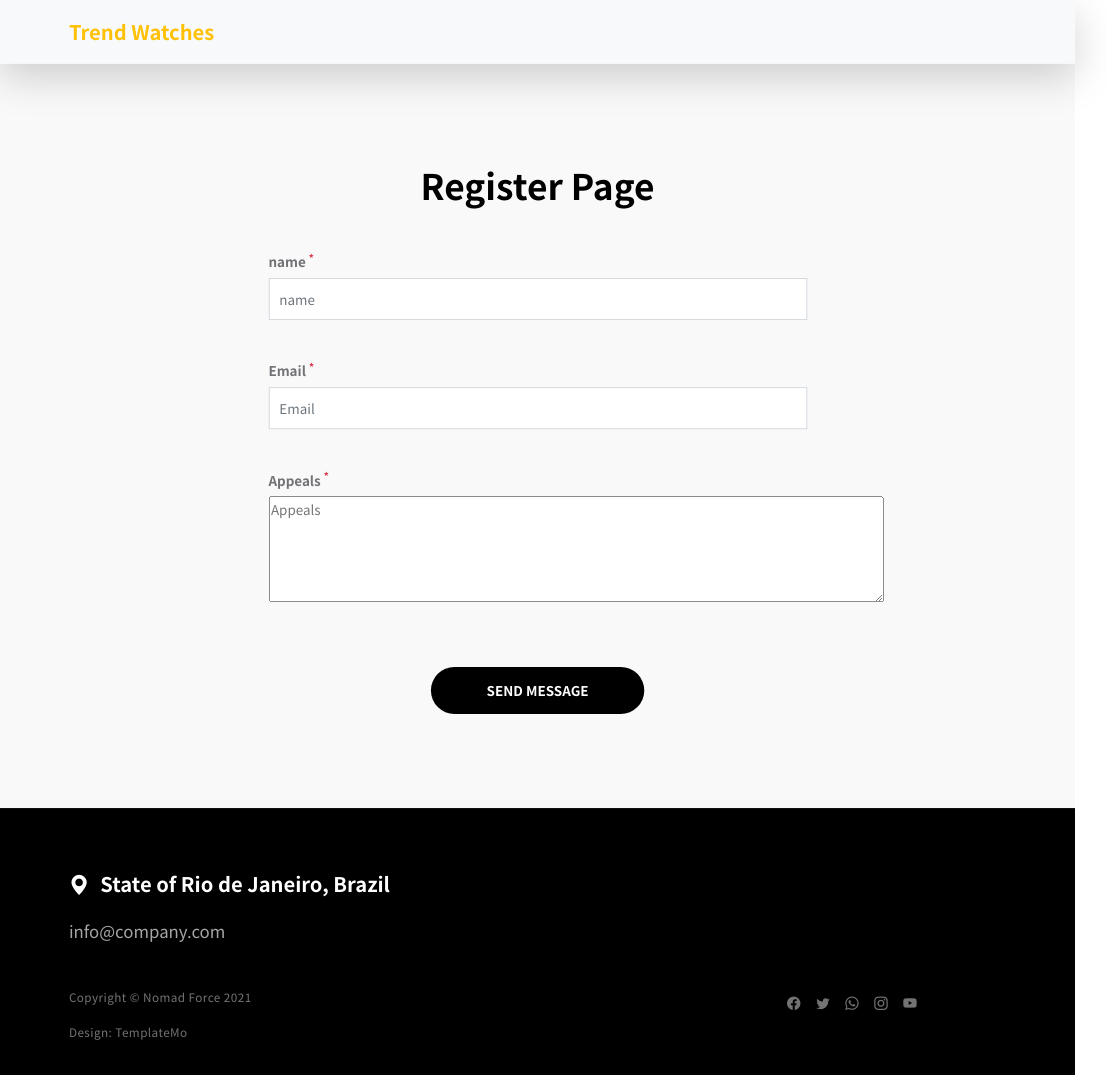
Repository: maqsudov0371/homework
Page: http://localhost/appeals
An editor plug-in stored every save of this project. The page is shown before and after a run of saves, followed by the edit.
The browser window is 1280 px wide. The page is 1280 px wide, then 1318 px, so the pictures cover 1318 px, including what lies to the right of the window. The pictures show the whole page, at 84% of full size.
The page is served by the project's application, run on Django 5.2 (manage.py).

Above is the page before, as saved 2024-07-13 15:56:05.

After the next 2 saves:
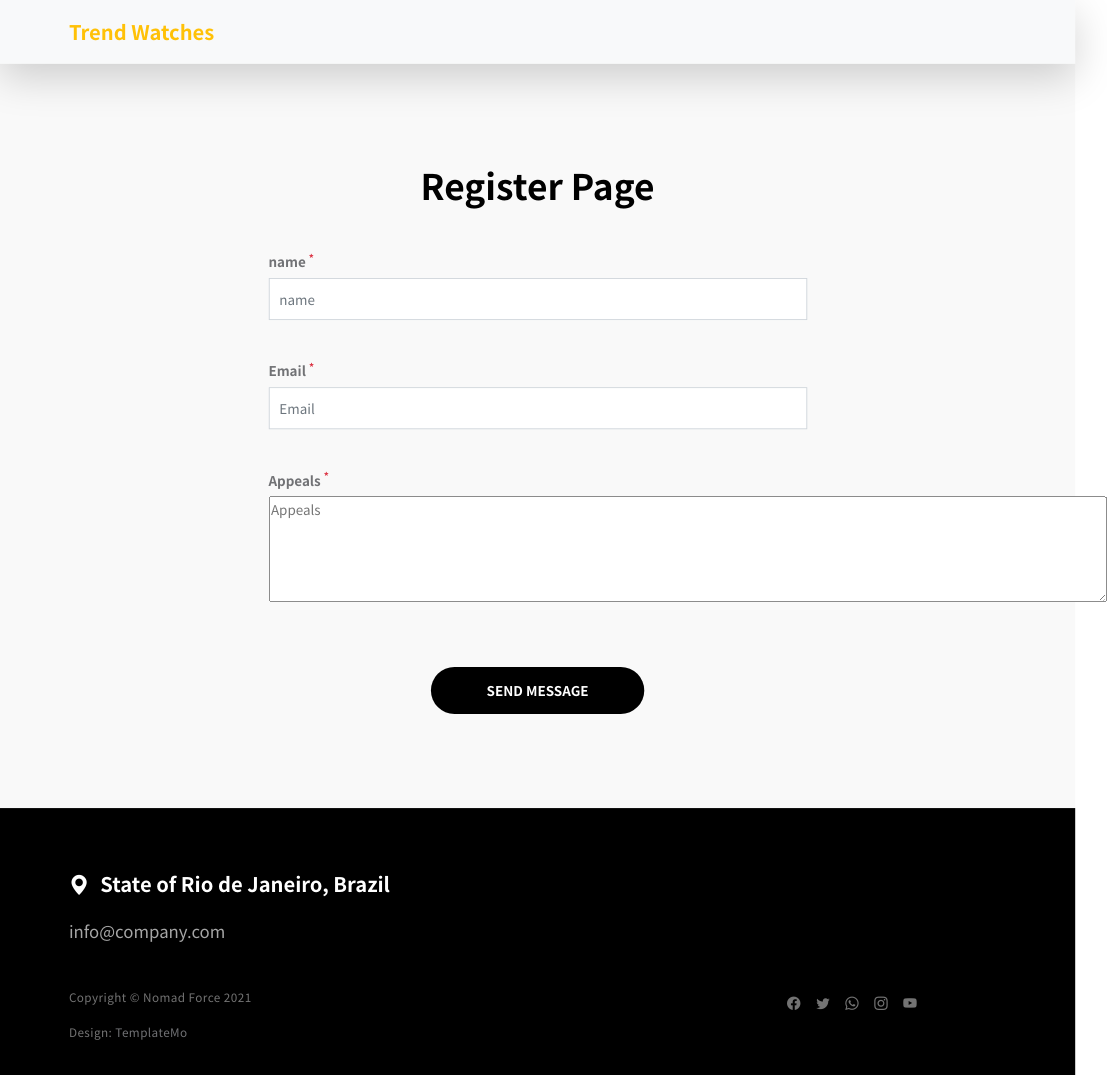
The 2 saves are shown as one change because they came seconds apart.
The last was saved 10 s later.
--- a/templates/appeals.html
+++ b/templates/appeals.html
@@ -84,7 +84,7 @@ https://templatemo.com/tm-567-nomad-force
                                         <label for="appeals" class="form-label">Appeals <sup class="text-danger">*</sup></label>
 
                                         <!-- <input type="appeals" name="appeals" id="appeals"  class="form-control" placeholder="Appeals" > -->
-                                        <textarea name="appeals" id="Appeals" cols="80" rows="5" placeholder="Appeals"></textarea>
+                                        <textarea name="appeals" id="Appeals" cols="110" rows="5" placeholder="Appeals"></textarea>
                                     </div>
 
                                 <div class="col-lg-5 col-12 mx-auto mt-5">
